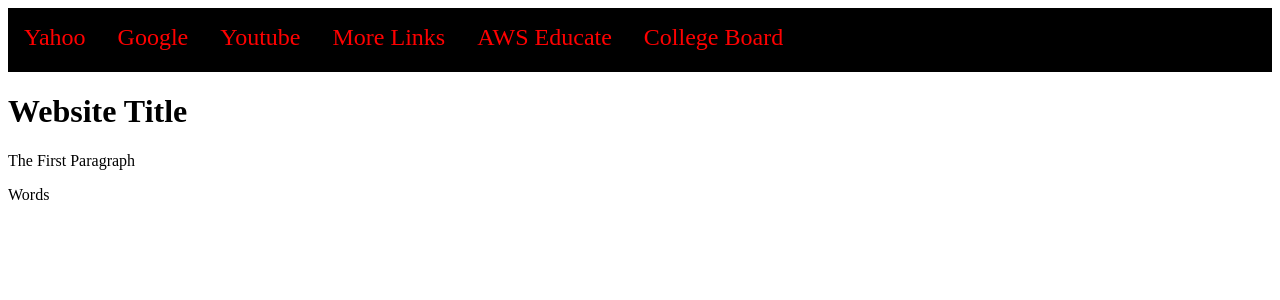
Repository: Kur0bane/Kur0bane.github.io
Page: index.html
The author's editor kept a record of every edit. The page is drawn from the files as they stood at one moment, then again after the next edit.
The browser window is 1280 px wide. The pictures show the whole page.

Above is the page before.

After the next edit:
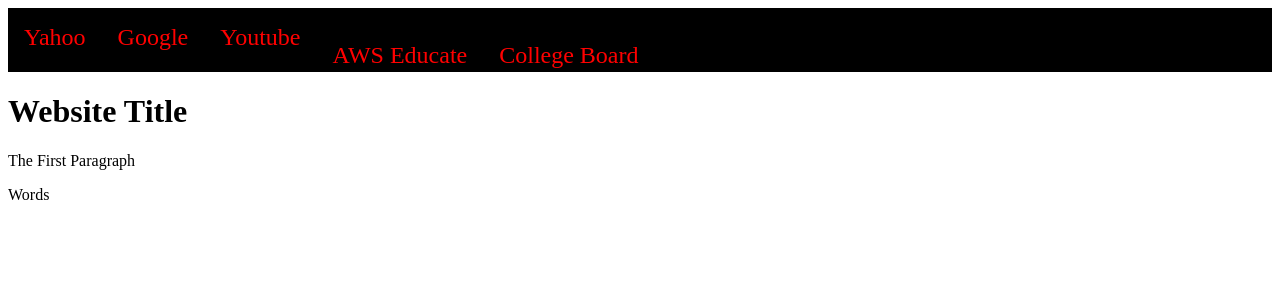
The edit:
--- a/index.html
+++ b/index.html
@@ -10,7 +10,7 @@
             height: 64px;
         }
 
-        .navbar a, .morelinks{
+        .navbar a{
             color: red;
             font-size: 24px;
             text-decoration: none;
